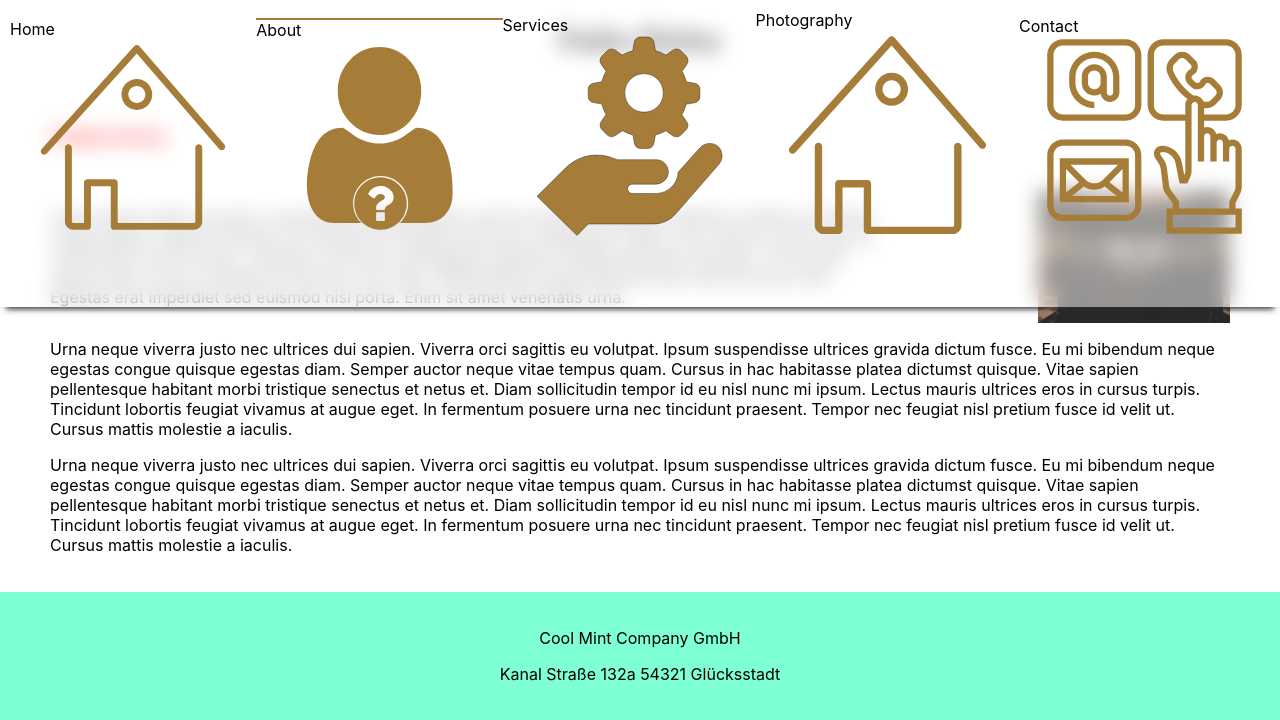
Repository: muhanad-musawi/backend-projekt-frondend
Page: /About (app in pohtographer/)
The author's editor kept a copy of each file at every save. The page is drawn from the files as they stood at one save, then again after the next save.
The browser window is 1280 px wide. The pictures show the whole page.
The project was rebuilt for these pictures with package versions that can differ from the ones it lists, and the page was loaded fresh each time. The framework's server and built-in components were replaced by stand-ins that run in the browser. Also part of the build but not shown: pohtographer/next.config.js.

Above is the page before, as saved 2022-03-24 09:18:08.

### pohtographer/pages/_app.js
import '../styles/globals.css'
import Layout from '../layouts/default'

function MyApp({ Component, pageProps }) {


  const getLayout = Component.getLayout
  || ((page) => (<Layout>{page}</Layout>))

  return  getLayout (<Component {...pageProps} />


  )

}

export default MyApp

### pohtographer/pages/About.jsx

import styles from '../styles/main.module.css'
import Image from 'next/image'
import imgA from '../img/philip-strong-iOBTE2xsYko-unsplash.jpg'


function UeberUns() {
  return (
    <div>

    <div className={styles.mainContent}  >

    <h2 className={styles.hTwo} >UeberUns</h2>

    <div  className={styles.imgText} >
    <p className={styles.text} >Lorem ipsum dolor sit amet, consectetur adipiscing elit, sed do eiusmod tempor incididunt ut labore et dolore magna aliqua. Sapien faucibus et molestie ac feugiat sed lectus vestibulum mattis. Arcu dictum varius duis at consectetur lorem donec. Volutpat commodo sed egestas egestas fringilla phasellus faucibus. Commodo ullamcorper a lacus vestibulum sed arcu non odio. Pellentesque massa placerat duis ultricies lacus sed. Egestas erat imperdiet sed euismod nisi porta. Enim sit amet venenatis urna.
    </p>
    <Image width={192}  height={118} src={imgA} alt="" />
    </div>

    <p  className={styles.text}>Urna neque viverra justo nec ultrices dui sapien. Viverra orci sagittis eu volutpat. Ipsum suspendisse ultrices gravida dictum fusce. Eu mi bibendum neque egestas congue quisque egestas diam. Semper auctor neque vitae tempus quam. Cursus in hac habitasse platea dictumst quisque. Vitae sapien pellentesque habitant morbi tristique senectus et netus et. Diam sollicitudin tempor id eu nisl nunc mi ipsum. Lectus mauris ultrices eros in cursus turpis. Tincidunt lobortis feugiat vivamus at augue eget. In fermentum posuere urna nec tincidunt praesent. Tempor nec feugiat nisl pretium fusce id velit ut. Cursus mattis molestie a iaculis.</p>

    <p className={styles.text}>
    Urna neque viverra justo nec ultrices dui sapien. Viverra orci sagittis eu volutpat. Ipsum suspendisse ultrices gravida dictum fusce. Eu mi bibendum neque egestas congue quisque egestas diam. Semper auctor neque vitae tempus quam. Cursus in hac habitasse platea dictumst quisque. Vitae sapien pellentesque habitant morbi tristique senectus et netus et. Diam sollicitudin tempor id eu nisl nunc mi ipsum. Lectus mauris ultrices eros in cursus turpis. Tincidunt lobortis feugiat vivamus at augue eget. In fermentum posuere urna nec tincidunt praesent. Tempor nec feugiat nisl pretium fusce id velit ut. Cursus mattis molestie a iaculis.
    </p>

  </div>

  </div>
  )
}

export default UeberUns

### pohtographer/styles/globals.css
html,
body {
  padding: 0;
  margin: 0;
  font-family: -apple-system, BlinkMacSystemFont, Segoe UI, Roboto, Oxygen,
    Ubuntu, Cantarell, Fira Sans, Droid Sans, Helvetica Neue, sans-serif;
}

a {
  color: inherit;
  text-decoration: none;
}

* {
  box-sizing: border-box;
}

### pohtographer/layouts/default.jsx

import Header from '../components/Header'

import Footer from '../components/Footer'
import Head from 'next/head'


function Layout ({children}) {
  return (
    <div>
       <Header/>
       <Head>
        <title>my-App</title>
        <meta name="description" content="Generated by create next app" />
        <link rel="icon" href="/favicon.ico" />
      </Head>
      {children}
      <Footer/>
    </div>
  )
}

export default Layout

### pohtographer/styles/main.module.css


.mainContent{
  margin: 30px 50px;
}

.hTwo {
  color: red;
  margin: 40px 0px;
}

.text{
  text-align: left;


}

.imgText{
  display: flex;
  justify-content: space-between;
}

.imgText p {
  width: 70%;
 }

### pohtographer/components/Header.jsx
import Link from 'next/link'
import Image from 'next/image'
import home from '../img/home.svg'
import about from '../img/about.svg'
import service from '../img/service.svg'
import experience from '../img/experience.svg'
import contact from '../img/contact.svg'

import styles from '../styles/Header.module.css'
import { useRouter } from "next/router";



function Header() {

  const router = useRouter();

  return (
    <div className={styles.navbarCenter} >
      <h1 className={styles.logoName}>Felix Dirks</h1>
    <div className={styles.headerLinks}>

        <Link href="/">
          <a className={router.pathname == "/" ? styles.active : ""}><span className='desktopVersion'>Home</span>
        <span className='mobileVersion'>

        <Image src={home} alt="home" />

        </span></a>
        </Link>

        <Link href="/About">
          <a className={router.pathname == "/About" ? styles.active : ""}>
          <span className='desktopVersion'>About</span>
        <span className='mobileVersion'>

        <Image src={about} alt="home" />

        </span>
          </a>
        </Link>

        <Link href="/Services">
          <a className={router.pathname == "/Services" ? styles.active  : ""}>
          <span className='desktopVersion'>Services</span>
        <span className='mobileVersion'>

        <Image src={service} alt="home" />

        </span>
          </a>
        </Link>

        <Link href="/Photography">
          <a className={router.pathname == "/Photography" ? styles.active  : ""}>
          <span className='desktopVersion'>Photography</span>
        <span className='mobileVersion'>

        <Image src={home} alt="home" />

        </span>
          </a>
        </Link>

        <Link href="/Contact">
          <div className={router.pathname == "/Contact" ? styles.active : ""}>
          <span className='desktopVersion'>Contact</span>

        <span className='mobileVersion'>

        <Image src={contact} alt="contact" />

        </span>
          </div>
        </Link>

        </div>

    </div>
  )
}

export default Header

### pohtographer/components/Footer.jsx
import styles from '../styles/Footer.module.css'

function Footer() {
  return (
    <div className={styles.footer} >
      <p>Cool Mint Company GmbH</p>
      <p>Kanal Straße 132a   54321 Glücksstadt</p>
    </div>
  )
}

export default Footer

### pohtographer/styles/Header.module.css
/*
$color-white:#ffffff;
$footer-color:#737373;
$color-gold:#a57d38;
$color-dark:#242d34;
*/




.navbarCenter{
  width: 100%;
  display: flex;
  justify-content: center;

}

.headerLinks{
  -webkit-backdrop-filter: blur(10px);
    backdrop-filter: blur(10px);
    background-color: rgba(255, 255, 255, 0.5);

  margin: auto auto;
  padding: 10px;
  margin-bottom: 50px;
  display: flex;
  justify-content: space-around;
  align-items: center;

  border-radius: 40px;
  overflow: hidden;
  position: fixed;
  bottom: 0;
  width: 85%;
}

 .mobileVersion{
  display: flex;
  justify-content: center;
  align-items: center;
  visibility: visible;
  border: 1px solid  #a57d38;
  border-radius: 60%;
}
 .mobileVersion:hover{
  border: 1px solid  #a57d38;
  background-color: #242d34;
  border-radius: 60%;
}
.active{
  background-color: #242d34;
  border-radius: 60%;
  border: 2px solid  #a57d38;
}

.mobileVersion img {
  width: 40px;
  margin: 5px;
  margin-left:10px ;
  margin-right:10px ;
  margin-top: 10px;
}

.desktopVersion{
  display: none;
  visibility: hidden;
}



@media screen and (min-width: 1024px) {

  .navbarCenter{

    position: sticky;
    overflow: hidden;
    z-index: 2;
    top: 0;

    width: 100%;
  }


  .headerLinks{
    width: 100%;
    -webkit-backdrop-filter: blur(10px);
      backdrop-filter: blur(10px);
      background-color: rgba(255, 255, 255, 0.5);


    justify-content: space-around;
    margin-top: 0px ;
    margin-bottom: 0px;
    border-radius: 0;
    bottom:unset;


    -webkit-box-shadow: 0 8px 6px -6px #242d34;
    -moz-box-shadow: 0 8px 6px -6px #242d34;
         box-shadow: 0 8px 6px -6px #242d34;
  }


  .active{

    background-color:initial;
    border-radius: 0;
    border: none;
    border-top: 2px solid #a57d38;
  }

   .mobileVersion{
    display: none;
    visibility: hidden;
  }
  .desktopVersion{



    display: block;
    visibility: visible;
  }




}

### pohtographer/styles/Footer.module.css


.footer {
  width: 100%;
  padding: 20px;
  background-color: aquamarine;
  position: absolute;
  bottom: 0;
  text-align: center;
}

After the next save:
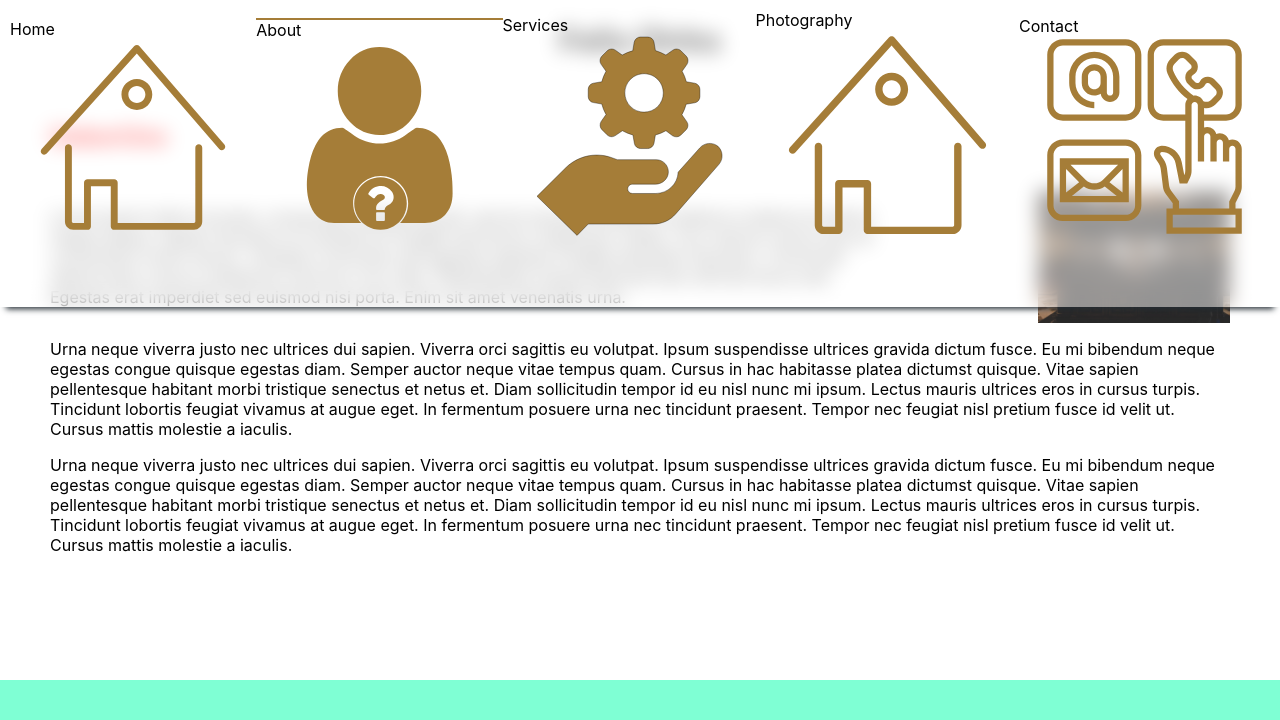
Saved 30 s later.
--- a/pohtographer/components/Footer.jsx
+++ b/pohtographer/components/Footer.jsx
@@ -3,8 +3,7 @@ import styles from '../styles/Footer.module.css'
 function Footer() {
   return (
     <div className={styles.footer} >
-      <p>Cool Mint Company GmbH</p>
-      <p>Kanal Straße 132a   54321 Glücksstadt</p>
+
     </div>
   )
 }
